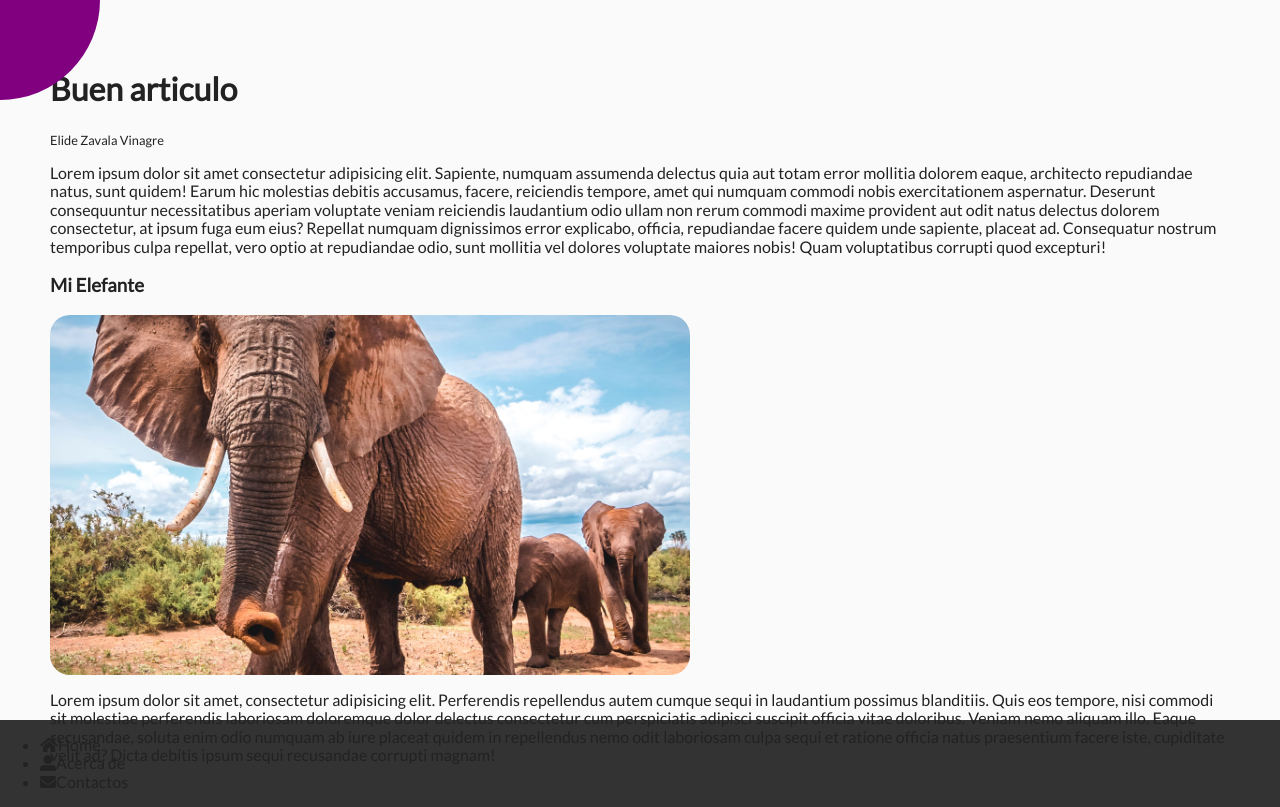
Repository: ElideZavala/Navagacion-en-rotacion
Page: index.html
An editor plug-in stored every save of this project. The page is shown before and after the next save, followed by the edit.
The browser window is 1280 px wide. The pictures show the whole page.

Above is the page before, as saved 2021-05-29 09:13:26.

### index.html
<!DOCTYPE html>
<html lang="en">
<head>
	<meta charset="UTF-8">
	<meta http-equiv="X-UA-Compatible" content="IE=edge">
	<meta name="viewport" content="width=device-width, initial-scale=1.0">
	<link rel="stylesheet" href="https://cdnjs.cloudflare.com/ajax/libs/font-awesome/5.15.3/css/all.min.css" integrity="sha512-iBBXm8fW90+nuLcSKlbmrPcLa0OT92xO1BIsZ+ywDWZCvqsWgccV3gFoRBv0z+8dLJgyAHIhR35VZc2oM/gI1w==" crossorigin="anonymous" referrerpolicy="no-referrer" />
	<link rel="stylesheet" href="style.css">
	<link rel="stylesheet" href="normalize.css">
	<title>Navegación Giratoria</title>
</head>
<body>
	<div class="container">
		<div class="circle-container">
			<div class="circle">
				<button id="close">
					<i class="fas fa-times"></i>
				</button>
				<button id="open">
					<i class="fas fa-bars"></i>
				</button>
			</div>
		</div>

		<div class="content">
			<h1 class="title">Buen articulo</h1>
			<small>Elide Zavala Vinagre</small>
			<p>Lorem ipsum dolor sit amet consectetur adipisicing elit. Sapiente, numquam assumenda delectus quia aut totam error mollitia dolorem eaque, architecto repudiandae natus, sunt quidem! Earum hic molestias debitis accusamus, facere, reiciendis tempore, amet qui numquam commodi nobis exercitationem aspernatur. Deserunt consequuntur necessitatibus aperiam voluptate veniam reiciendis laudantium odio ullam non rerum commodi maxime provident aut odit natus delectus dolorem consectetur, at ipsum fuga eum eius? Repellat numquam dignissimos error explicabo, officia, repudiandae facere quidem unde sapiente, placeat ad. Consequatur nostrum temporibus culpa repellat, vero optio at repudiandae odio, sunt mollitia vel dolores voluptate maiores nobis! Quam voluptatibus corrupti quod excepturi!</p>

			<h3 class="title">Mi Elefante</h3>
			<img class="img" src="./Elefante.jpg" alt="Elefante">
			<p>Lorem ipsum dolor sit amet, consectetur adipisicing elit. Perferendis repellendus autem cumque sequi in laudantium possimus blanditiis. Quis eos tempore, nisi commodi sit molestiae perferendis laboriosam doloremque dolor delectus consectetur cum perspiciatis adipisci suscipit officia vitae doloribus. Veniam nemo aliquam illo. Eaque recusandae, soluta enim odio numquam ab iure placeat quidem in repellendus nemo odit laboriosam culpa sequi et ratione officia natus praesentium facere iste, cupiditate velit ad? Dicta debitis ipsum sequi recusandae corrupti magnam!</p>
		</div>
	</div>

	<nav>
		<ul>
			<li><i class="fas fa-home"></i>Home</li>
			<li><i class="fas fa-user-alt"></i>Acerca de</li>
			<li><i class="fas fa-envelope"></i>Contactos</li>
		</ul>
	</nav>



	<script src="./script.js"></script>
</body>
</html>

### style.css
@import url('https://fonts.googleapis.com/css?family=Lato&display=swap');

* {
	box-sizing: border-box;
}

body {
	font-family: 'Lato', sans-serif;
	background-color: #333;
	color: #222;
	overflow: hidden;
	margin: 0;
}

.container {
	background-color: #fafafa;
	transform-origin: top left;
	transition: transform 0.5s linear;
	width: 100vw;
	height: 100vh;
	padding: 50px;
}

.container.show-nav {
	transform: rotate(-20deg);
}

.img{
	width: 50vw;
	height: 50vh;
	display: flex;
	border-radius: 20px;
	object-fit: cover;
}

.circle-container {
	position: fixed;
	top: -100px;
	left: -100px;
}

.circle {
	background-color: purple;
	height: 200px;
	width: 200px;
	border-radius: 50%;
	position: relative;
	transition: transform 0.5s linear;
}

.circle button {

}

Loaded but not shown: normalize.css (library); script.js (no stored copy; drawn as an empty file)

After the next save:
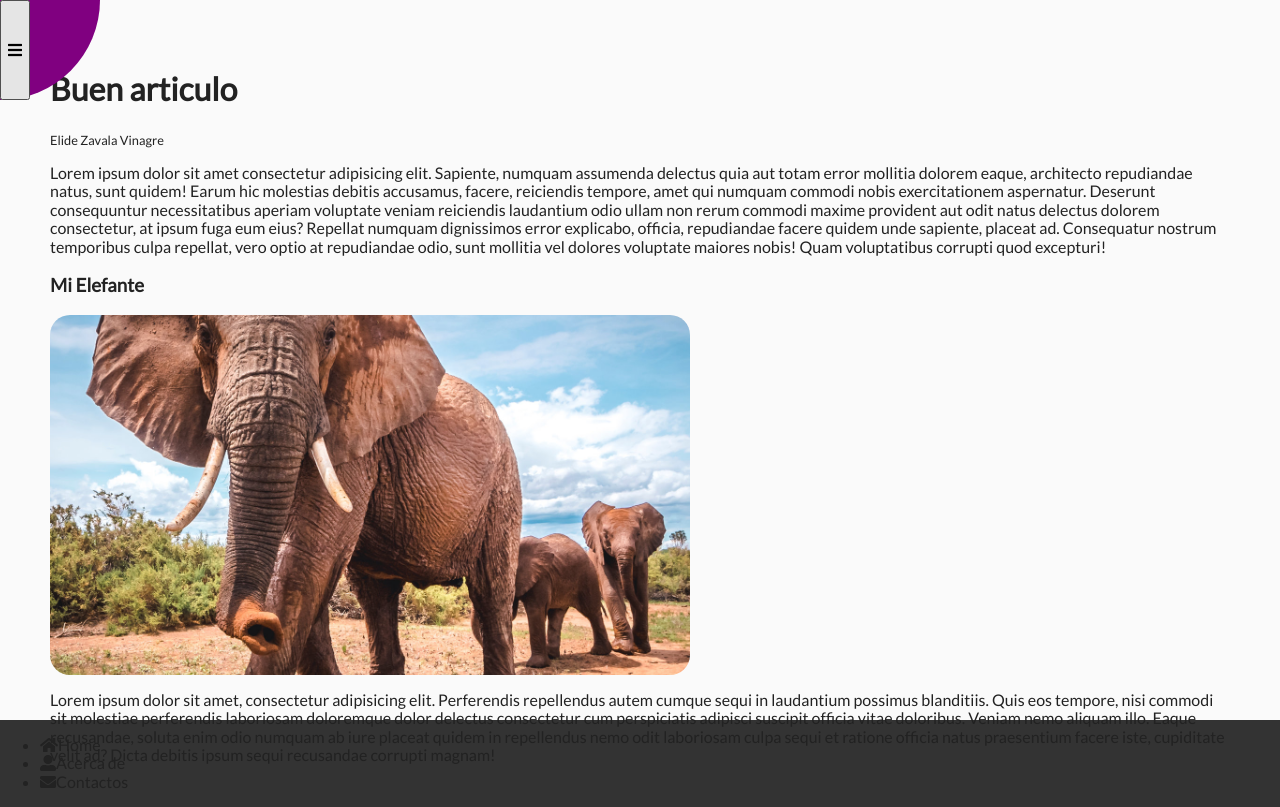
Saved 53 s later.
--- a/style.css
+++ b/style.css
@@ -49,5 +49,9 @@ body {
 }
 
 .circle button {
+	position: absolute;
+	top: 50%;
+	left: 50%;
+	height: 100px;
 
 }
